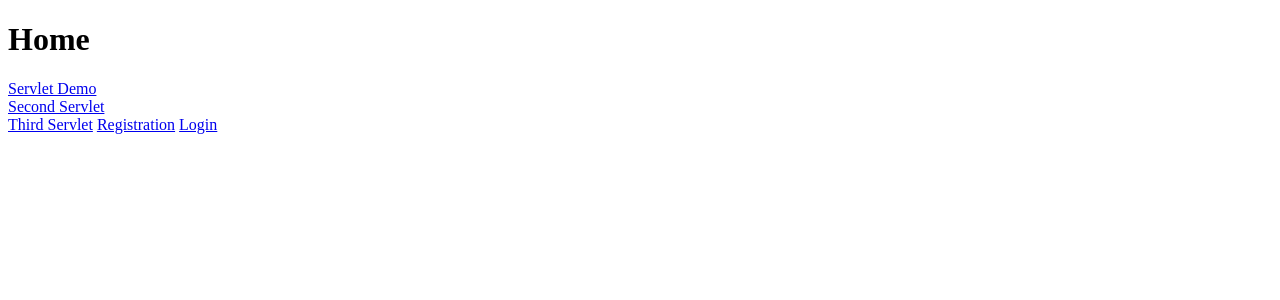
Repository: krushitvaghani03/-OOPS
Page: Project/src/main/webapp/index.html
An editor plug-in stored every save of this project. The page is shown before and after the next save, followed by the edit.
The browser window is 1280 px wide. The pictures show the whole page.

Above is the page before, as saved 2022-05-03 05:00:13.

### Project/src/main/webapp/index.html
<!DOCTYPE html>
<html>
<head>
<meta charset="ISO-8859-1">
<title>Insert title here</title>
</head>
<body>
<h1>Home </h1>
<a href="Servlet">Servlet Demo</a><br>
<a href="Second">Second Servlet</a><br>
<a href="ThirdServlet">Third Servlet</a>
<a href="registration.html">Registration</a>
<a href="login.html">Login</a>
</body>
</html>

After the next save:
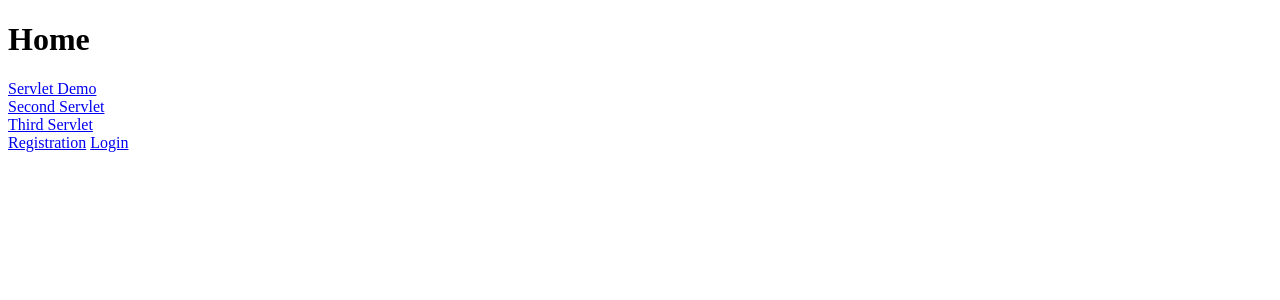
Saved 25 s later.
--- a/Project/src/main/webapp/index.html
+++ b/Project/src/main/webapp/index.html
@@ -8,7 +8,7 @@
 <h1>Home </h1>
 <a href="Servlet">Servlet Demo</a><br>
 <a href="Second">Second Servlet</a><br>
-<a href="ThirdServlet">Third Servlet</a>
+<a href="ThirdServlet">Third Servlet</a><br>
 <a href="registration.html">Registration</a>
 <a href="login.html">Login</a>
 </body>
